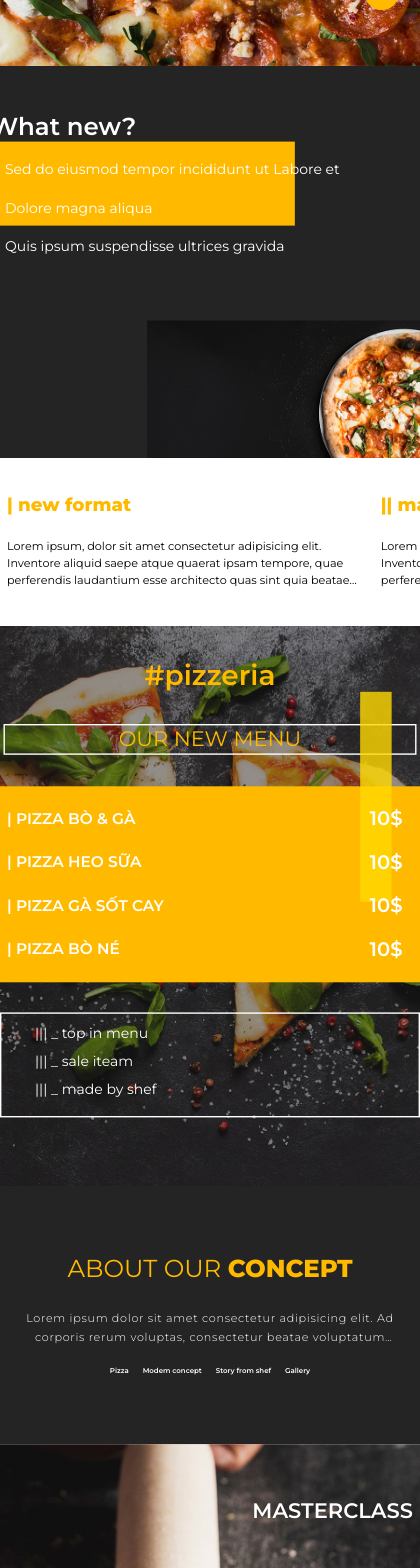
Repository: phu1204/pizzeria.github.io
Page: index.html
An editor plug-in stored every save of this project. The page is shown before and after the next save, followed by the edit.
The browser window is 600 px wide. The pictures show the part of the page from y = 706 to 2946 px (the page is 6964 px tall), at 70% of full size.
The style sheet was rebuilt from its Sass, Less or Tailwind sources for each picture, by a compiler version that may differ from the author's.

Above is the page before, as saved 2021-07-29 23:21:11.

### index.html
<!DOCTYPE html>
<html lang="en">
  <head>
    <meta charset="UTF-8" />
    <meta http-equiv="X-UA-Compatible" content="IE=edge" />
    <meta name="viewport" content="width=device-width, initial-scale=1.0" />
    <title>#pizzeria</title>
    <link rel = "icon" href =
    "images/pizza.png"
            type = "image/x-icon">
    <link rel="preconnect" href="https://fonts.googleapis.com">
    <link rel="preconnect" href="https://fonts.gstatic.com" crossorigin>
    <link href="https://fonts.googleapis.com/css2?family=Montserrat:wght@300;400;600;800&display=swap" rel="stylesheet">
    <link rel="stylesheet" href="https://cdnjs.cloudflare.com/ajax/libs/font-awesome/5.15.3/css/all.min.css">
    <link rel="stylesheet" href="reset.css">
    <link rel="stylesheet" href="style.css">

  </head>
  <body>
      <div class="wrapper">
        <div class="container">
          <header id="header" class="header">
             <a href="#" class="header-logo">#pizzeria.</a>
             <nav class="header-menu">
               <ul class="header-list">
                 <li class="header-item"><a href="#menu" class="header-link">Menu</a></li>
                 <li class="header-item"><a href="#blog" class="header-link">Blog</a></li>
                 <li class="header-item"><a href="#about" class="header-link">About us</a></li>
                 <li class="header-item"><a href="#contact" class="header-link">Contacts</a></li>

               </ul>
               <i class="fas fa-times header-times"></i>
             </nav>
             <div class="header-info">
                <button href="" class="header-icon icon-search"><i class="fas fa-search"></i></button>
                <a href="" class="header-icon"><i class="fas fa-user"></i></a>
                <a href="" class="header-icon"><i class="fas fa-shopping-cart"></i></a>
             </div>
             <div class="header-bar">
                <i class="fas fa-bars"></i>
             </div>

             <div class="header-search">
                <input type="text" class="header-input" placeholder="Search">
             </div>
          </header>

          <section class="intro">
            <div class="intro-content">
              <div class="intro-title">
                <span class="intro-name intro--grand">grand</span>
                <span class="intro-name intro--opening">opening</span>
              </div>
              <a href="" class="button intro-button">read more</a>
            </div>
          </section>
        </div>

          <section  class="format">

            <div class="format-top">
                <div class="format-content">
                    <div class="format-title">new format</div>
                    <div class="format-info">
                      <h2 class="format-new">What new?</h2>
                      <ul class="format-list">
                        <li class="format-item">| Sed do eiusmod tempor incididunt ut Labore et</li>
                        <li class="format-item">| Dolore magna aliqua</li>
                        <li class="format-item">| Quis ipsum suspendisse ultrices gravida</li>
                      </ul>
                    </div>
                </div>
                <img src="images/format.png" alt="" class="format-img">
            </div>

            <div class="format-bottom  reveal">
              <div class="format-column">
                <h3 class="format-head">| new format</h3>
                <p class="fotmat-desc text">Lorem ipsum, dolor sit amet consectetur adipisicing elit. Inventore aliquid saepe atque quaerat ipsam tempore, quae perferendis laudantium esse architecto quas sint quia beatae id alias, sed dicta reprehenderit asperiores.</p>
              </div>
              <div class="format-column">
                <h3 class="format-head">|| master classes</h3>
                <p class="fotmat-desc text">Lorem ipsum, dolor sit amet consectetur adipisicing elit. Inventore aliquid saepe atque quaerat ipsam tempore, quae perferendis laudantium esse architecto quas sint quia beatae id alias, sed dicta reprehenderit asperiores.</p>
              </div>
              <div class="format-column">
                <h3 class="format-head">||| pizza restaurant</h3>
                <p class="fotmat-desc text">Lorem ipsum, dolor sit amet consectetur adipisicing elit. Inventore aliquid saepe atque quaerat ipsam tempore, quae perferendis laudantium esse architecto quas sint quia beatae id alias, sed dicta reprehenderit asperiores.</p>
              </div>
            </div>

          </section>

          <section id="menu" class="menu">
            <div class="menu-heading">
              <h2 class="menu-title  reveal">#pizzeria</h2>
              <p class="menu-order  reveal">our new menu</p>
            </div>
            <div class="menu-list  reveal">
              <div class="menu-item">
                <div class="menu-name">
                    <h3 class="menu-name-order"> | pizza bò & gà</h3>
                    <p class="menu-desc">(bò, trứng, xúc xích, trứng cút, bò viên)</p>
                </div>
                <p class="menu-price">10$</p>
              </div>
              <div class="menu-item">
                <div class="menu-name">
                    <h3 class="menu-name-order">| pizza heo sữa</h3>
                    <p class="menu-desc">(bò, trứng, xúc xích)</p>
                </div>
                <p class="menu-price">10$</p>
              </div>
              <div class="menu-item">
                <div class="menu-name">
                    <h3 class="menu-name-order">| pizza gà sốt cay</h3>
                    <p class="menu-desc">(bò, trứng, xúc xích, trứng cút, bò viên)</p>
                </div>
                <p class="menu-price">10$</p>
              </div>
              <div class="menu-item">
               <div class="menu-name">
                    <h3 class="menu-name-order">| pizza bò né</h3>
                    <p class="menu-desc">(bò, trứng, xúc xích)</p>
                </div>
                <p class="menu-price">10$</p>
              </div>
           </div>
           <div class="menu-bottom reveal">
             <p class="menu-hightlight">||| _ top in menu</p>
             <p class="menu-hightlight">||| _ sale iteam</p>
             <p class="menu-hightlight">||| _ made by shef</p>
           </div>

          </section>

          <section id="about"  class="about">
              <div class="about-body">
                <h2 class="about-title reveal">about our <span>concept</span></h2>
                <p class="about-desc text reveal">Lorem ipsum dolor sit amet consectetur adipisicing elit. Ad corporis rerum voluptas, consectetur beatae voluptatum recusandae tempora excepturi, temporibus quo veritatis ratione atque accusantium ea delectus eos harum culpa enim!</p>
                <ul class="about-list reveal">
                  <li class="about-item"><a href="">Pizza</a></li>
                  <li class="about-item"><a href="">Modem concept</a></li>
                  <li class="about-item"><a href="">Story from shef</a></li>
                  <li class="about-item"><a href="">Gallery</a></li>
                </ul>
              </div>
          </section>

          <section id="blog" class="class">
            <div class="class-content">
              <div class="class-name">
                <h1 class="class-caption reveal">masterclass</h1>
              </div>
              <div class="class-body reveal">
                <h2 class="class-heading">| the recipe for the most delicious pizza dough |</h2>
                <p class="class-desc">waiting for you</p>
                <div class="class-price">
                  <p class="class-info">price_<span>15$</span></p>
                  <p class="class-info">12:00-15:00</p>
                </div>
              </div>
                <a href="" class="class-button reveal">apply</a>
            </div>
          </section>

          <section id="contact" class="gallery ">
            <h2 class="gallery-heading reveal">gallery</h2>
            <div class="gallery-img ">
              <img src="./images/pizzaleft.jpg" alt="" class="gallery-img-item reveal">
              <img src="./images/pizzacenter.jpg" alt="" class="gallery-img-item reveal">
              <img src="./images/pizzaright.jpg" alt="" class="gallery-img-item reveal">
            </div>

            <div class="gallery-bottom">
              <h2 class="gallery-title">#pizzeria.</h2>
              <div class="gallery-content">
                <div class="gallery-desc reveal">Lorem ipsum dolor sit amet consectetur, adipisicing. Dolores dolorum, quia consectetur iste officia eligendi! consectetur nemo, reiciendis repudiandae nesciunt dolor id numquam laborum temporibus fuga</div>

              <div class="gallery-contact">
                <div class="gallery-social reveal">
                  <p class="gallery-block">| find us here</p>
                  <div class="gallery-link">
                    <i class="fab fa-instagram"></i>

                    <i class="fab fa-facebook"></i>

                    <i class="fab fa-twitter"></i>

                    <i class="fab fa-whatsapp"></i>

                    <i class="fab fa-google"></i>
                  </div>

                </div>

                <div class="gallery-info reveal">
                  <p class="gallery-block">| ask us here</p>
                  <a href="" class="gallery-web">www.#pizzeria.com</a>

                </div>
              </div>
            </div>
          </div>
          </section>

          <a href="#" class="ontop" >
            <i class="fas fa-arrow-up"></i>
          </a>

          <footer id="footer" class="footer ">
            <div class="footer-about footer-repon reveal">
              <h3 class="footer-title">about</h3>
              <p class="footer-desc text">
                Lorem ipsum dolor, sit amet consectetur adipisicing elit. Amet magnam laudantium fuga sed aliquid doloremque quos repellendus quis. Est non laboriosam incidunt recusandae, sed natus dignissimos eaque pariatur culpa esse.
              </p>

            </div>

              <div class="footer-item footer-repon reveal">
                <h3 class="footer-title">menu</h3>

                <ul>
                  <li class="footer-link"><a href="" class="footer-item-link">Team</a></li>
                  <li class="footer-link"><a href="" class="footer-item-link">Join us</a></li>
                  <li class="footer-link"><a href="" class="footer-item-link">Ethic</a></li>
                  <li class="footer-link"><a href="" class="footer-item-link">Goals</a></li>
                </ul>
              </div>

              <div class="footer-item footer-repon reveal">
                <h3 class="footer-title">shef</h3>
                <ul>
                  <li class="footer-link"><a href="" class="footer-item-link">Team</a></li>
                  <li class="footer-link"><a href="" class="footer-item-link">Join us</a></li>
                  <li class="footer-link"><a href="" class="footer-item-link">Ethic</a></li>
                  <li class="footer-link"><a href="" class="footer-item-link">Goals</a></li>
                </ul>
              </div>

              <div class="footer-item footer-repon reveal">
                <h3 class="footer-title">contact</h3>
                <ul>
                  <li class="footer-link"><a href="" class="footer-item-link">Team</a></li>
                  <li class="footer-link"><a href="" class="footer-item-link">Join us</a></li>
                  <li class="footer-link"><a href="" class="footer-item-link">Ethic</a></li>
                  <li class="footer-link"><a href="" class="footer-item-link">Goals</a></li>
                </ul>
              </div>
        </footer>

      </div>
    <script type="text/javascript" src="https://cdnjs.cloudflare.com/ajax/libs/jquery/3.6.0/jquery.min.js"></script>
    <script src="js/main.js"></script>
    <script src="js/search.js"></script>

  </body>
</html>

### reset.css
html,
body,
div,
span,
applet,
object,
iframe,
h1,
h2,
h3,
h4,
h5,
h6,
p,
blockquote,
pre,
a,
abbr,
acronym,
address,
big,
cite,
code,
del,
dfn,
em,
img,
ins,
kbd,
q,
s,
samp,
small,
strike,
strong,
sub,
sup,
tt,
var,
b,
u,
i,
center,
dl,
dt,
dd,
ol,
ul,
li,
fieldset,
form,
label,
legend,
table,
caption,
tbody,
tfoot,
thead,
tr,
th,
td,
article,
aside,
canvas,
details,
embed,
figure,
figcaption,
footer,
header,
hgroup,
menu,
nav,
output,
ruby,
section,
summary,
time,
mark,
audio,
video {
  margin: 0;
  padding: 0;
  border: 0;
  font-size: 100%;
  font: inherit;
  vertical-align: baseline;
}
/* HTML5 display-role reset for older browsers */
article,
aside,
details,
figcaption,
figure,
footer,
header,
hgroup,
menu,
nav,
section {
  display: block;
}
body {
  line-height: 1;
}
ol,
ul {
  list-style: none;
}
blockquote,
q {
  quotes: none;
}
blockquote:before,
blockquote:after,
q:before,
q:after {
  content: "";
  content: none;
}
table {
  border-collapse: collapse;
  border-spacing: 0;
}
*,
*:before,
*:after {
  box-sizing: border-box;
}
/* using rem unit */
html {
  font-size: 62.5%;
}
a {
  text-decoration: none;
  color: white;
}
img {
  display: block;
  max-width: 100%;
}
body {
  font-family: "Montserrat", sans-serif;
  font-size: 16px;
  line-height: 1;
}
input,
button,
textarea,
select {
  outline: none;
  font-family: "Montserrat", sans-serif;
  font-size: 16px;
  line-height: 1;
}
input {
  line-height: normal;
}
button {
  cursor: pointer;
  border: none;
  outline: none;
  background-color: transparent;
}

### style.scss
@import"scss/global";
@import"scss/header";
@import"scss/variables";
@import"scss/intro";
@import"scss/format";
@import"scss/menu";
@import"scss/about";
@import"scss/class";
@import"scss/gallery";
@import"scss/footer";
@import"scss/animation";

### scss/_global.scss
.container{
  background: url(./images/hero-img.jpg) no-repeat center/cover;
  width: 100%;
  margin: 0 auto;
  height: 100vh;
  position: relative;
}

html{
  scroll-behavior: smooth;
  -webkit-overflow-scrolling: touch;
}

.wrapper{
  max-width: 100%;
  position: relative;

}

.button{
  padding: 20px 40px;
  border: 4px solid #fff;
  font-size: 30px;
  text-transform: uppercase;
  color: white;
  font-weight: 600;
}

.text{
  font-weight: 300;
  font-size: 16px;
  margin-top: 35px;
  line-height: 1.5;
  color: black;
  font-weight: 400;
  display:-webkit-box;
  -webkit-line-clamp:3;
  -webkit-box-orient: vertical;
  overflow: hidden;
  text-overflow: ellipsis;
  word-break: break-word;
}

@media screen and (max-width: 1279px) {
  .container {

      background-position: top;
      height: 960px;
  }
}

@media screen and (max-width: 1023px) {
  .container {
    background-position: top;
    height: 960px;
}
}

@media screen and (max-width: 767px) {
  .container {
    background-size: auto 800px;
    background-position: center;
    height: 800px;
    background-color: #242424;
}
}


.reveal{
  opacity: 0;
  transform: translateY(100%);
  transition: all 0.4s linear;
}

.reveal.active{
  opacity: 1;
  transform: translateY(0);
  transition: all 0.3s linear;
  // .gallery-title::before{
  //     display: none;
  // }
}

.ontop{
  position: fixed;
  right: 60px;
  z-index: 99;
  bottom: 80px;
  width: fit-content;
  background-color: #ffba00;
  border-radius: 100rem;
  cursor: pointer;
  i{
     padding: 18px;
     font-size: 15px;
     color: white;
  }
  display: none;
  animation: bottotop 0.4s linear;
}

@media screen and (max-width: 1023px) {
  .ontop{
    right: 30px;
  }
}

### scss/_variables.scss
$black-gray: #242424;

### scss/_intro.scss
.intro{
    background-color: #ffba00;
    height: 200px;
    position: absolute;
    top: 50%;
    left: 50%;
    transform: translate(-50%,-50%);
    width: 100%;
    display: flex;
    align-items: center;
    padding: 0 10px;
    &-content{
        width: 1200px;
        margin: 0 auto;
        display: flex;
        justify-content: space-between;
        align-items: center;
        padding-top: 75px;
    }
    &--grand{
        animation: lefttoright 0.5s linear;
    }
    &--opening{
        animation: righttoleft 0.5s linear;
    }
    &-name{
        display: block;
        text-transform: uppercase;
        font-size: 130px;
        color: white;
        letter-spacing: 10px;
    }
    &-name:first-child{
        font-weight: 800;
    }
    &-name:last-child{
        font-weight: 200;
    }

    &-button{
        margin-top: 130px;
        background-color: #ffba00;
        animation: bottotop 0.5s linear;
    }

    @media screen and (max-width: 1279px) {
        height: 150px;
        &-content{
            flex-direction: column;
            transform: translateY(130px)
        }
        &-name {
            font-size: 90px;
            width: fit-content;
        }

        &-title {
            width: 100%;
        }

        &-name:last-child{
            margin-left: auto;
        }

        &-button{
            margin-top: 200px;

        }
    }

    @media screen and (max-width: 1023px) {
        height: 120px;
       &-name{
           font-size: 60px;
       }

       &-button{
           margin-top: 170px;
           padding: 15px 30px;
           font-size: 23px;
       }

       &-content{
            transform: translateY(105px)
       }
    }

    @media screen and (max-width: 767px) {
        height: 100px;
       &-name{
           font-size: 50px;
           letter-spacing: 3px;
       }

       &-content{
        transform: translateY(100px)
       }

       &-button{
           padding: 15px 30px;
           font-size: 23px;
           margin-top: 170px;
       }
    }


}

### scss/_menu.scss
.menu{
  background: url(./images/menu.jpg) no-repeat center/cover;
  width: 100%;
  height: 100vh;
  position: relative;
  display: flex;
  flex-direction: column;
  align-items: center;
  padding: 50px 0;
  color: white;
  &-heading{
      width: 100%;
      text-align: center;
  }
  &-title{
      font-size: 40px;
      color: #ffba00;
      margin-bottom: 45px;
      font-weight: 600;
  }

  &-order{
    font-size: 40px;
    color: #ffba00;
    width: 80%;
    text-align: center;
    padding: 15px 350px 70px 0;
    margin-left: auto;
    border: 2px solid white;
    text-transform: uppercase;
    margin-bottom: 12px;
  }

  &-list {
      width: 1200px;
      margin-left: auto;
      padding: 60px 50px 0 40px;
      margin-bottom: 50px;
      position: relative;
      z-index: 2;
      max-width: 100%;
  }

  &-list::before{
    content: "";
    position: absolute;
    width: 100%;
    height: 320px;
    background-color: #ffba00;
    z-index: -2;
    // transform: translate(-50%,-50%);
    top: 45px;
    left: 0;
    }

    &-list::after{
        content: "";
        position: absolute;
        width: 45px;
        height: 350px;
        background-color: rgba(255, 217, 0, 0.801);

        top: calc(50% + 37px);
        right:  31%;
        transform: translate(-50%,-50%);
        z-index: -1;
    }

  &-item{
      display: flex;
      align-items: center;
      justify-content: space-between;
      line-height: 1.5;
      width: 750px;
      max-width: 100%;
  }

  &-desc{
      font-size: 23px;
      letter-spacing: 2px;
  }

  &-name-order{
      text-transform: uppercase;
      font-size: 27px;
      font-weight: 600;
  }

  &-item{
        margin-top: 25px;
  }

  &-price{
      font-size: 28px;
      font-weight: 600;
  }

  &-bottom{
    width: 1100px;
    margin-left: auto;
    padding-top: 20px;

    margin-bottom: 70px;
    position: relative;
    right: 50px;
  }

  &-bottom::before{
    content: "";
    position: absolute;
    background-color: transparent;
    width: 1000px;
    height: 150px;
    border: 2px solid white;
    transform: translate(-32%,-20%);
  }

  &-hightlight{
      font-size: 20px;
  }

  &-hightlight:not(:first-child){
    margin-top: 20px;
}

  @media screen and (max-width: 1279px) {
    height: 80vh;
    &-bottom{
      padding-left: 50px;
      margin-right: auto;
      right: 0;
    }

    &-title{
      margin-bottom: 50px;
    }
    &-order{
      margin-bottom: 40px;
    }

    &-list{
      margin-bottom: 120px;
    }

    &-list::after{
      right: 18%;
    }
  }

  @media screen and (max-width: 1023px) {
      height: 85vh;
      &-title{
        margin-bottom: 50px;
      }
      &-order{
        margin-bottom: 0;
        padding: 15px 195px 50px 0;
        font-size: 35px;
      }

      &-name-order{
        font-size: 22px;
      }
      &-list{
        margin-bottom: 70px;
        padding-top: 65px;
      }
      &-list::before{
        height: 280px;
      }
      &-item{
        width: 650px;
        margin-top: 20px;
      }
      &-desc{
        font-size: 18px;
      }
      &-bottom::before{
        width: 750px;
      }
      &-list::after{
        right: 3%;
        height: 300px;
      }

  }

  @media screen and (max-width: 767px) {
    height: 100vh;
    &-heading{
      padding: 0 5px;
    }
    &-order{
      padding: 5px 5px;
      width: 100%;
      font-size: 30px;
    }
    &-desc{
      display: none;
    }
    &-list{
        padding: 50px 25px 0 10px;
        max-width: 100%;
    }
    &-list::after{
      height: 310px;
      top: 10%;
      right: 3%;
    }
    &-bottom{
      max-width: 100%;
    }
    &-bottom::before{
      max-width: 100%;
      transform: none;
      left: 0;
      top: 0;
    }
    &-list::after{
      top: 20%;
      right: 3%;
      height: 300px;
    }
  }




}

### scss/_about.scss
.about{
    padding: 120px 20px;
    display: flex;
    flex-direction: column;
    justify-content: center;
    align-items: center;
    text-align: center;
    background-color: #242424;
    max-width: 100%;
    &-body{
        width: 700px;
    }
    &-title{
        margin-bottom: 40px;
        font-size: 35px;
        text-transform: uppercase;
        color: #ffba00;
        span{
            font-weight: 800;

        }
    }

    &-desc{
        margin-bottom: 30px;
        font-weight: 200;
        line-height: 1.7;
        display:-webkit-box;
        -webkit-line-clamp:2;
        -webkit-box-orient: vertical;
        overflow: hidden;
        text-overflow: ellipsis;
        word-break: break-word;
        color: white;
        letter-spacing: 1px;
    }

    &-list{
        display: flex;
        align-items: center;
        justify-content: center;
    }

    &-item{
        margin: 0 10px;
        font-size: 14px;
        font-weight: 600;
    }
    @media screen and (max-width: 767px) {
        padding: 100px 20px;
        &-body{
            max-width: 100%;
        }
        &-item{
            font-size: 10px;
        }

    }

}

### scss/_class.scss
.class{
    background: url(./images/class.jpg) no-repeat center/cover;
    width: 100%;
    margin: 0 auto;
    height: 100vh;
    position: relative;
    padding: 80px 130px 140px 0;
    color: white;
    &-content{
        display:flex;
        flex-direction:column;
        width: 530px;
        margin-left: auto;
    }
    &-name{
        margin-bottom: 80px;
    }
    &-caption{
        text-transform: uppercase;
        font-weight: 600;
        font-size: 30px;
        text-align: right;
    }
    &-body{
        padding: 100px 60px 65px;
        background-color: #ffba00;
    }
    &-heading{
        font-size: 40px;
        font-weight: 600;
        line-height: 1;
        text-transform: uppercase;
        margin-bottom: 40px;
    }

    &-desc{
        font-size: 30px;
        font-weight: 600;
        margin-bottom: 85px;
    }

    &-price{
        width: fit-content;
        text-transform: uppercase;
        font-size: 30px;
        margin-left: auto;
        letter-spacing: 2px;
        span{
            font-weight: 600;
        }
    }
    &-info:first-child{
        margin-bottom: 15px;
    }

    &-body{
        margin-bottom: 40px;
    }

    &-button{
        padding: 50px 30px 20px;
        background-color: #ffba00;
        width: 85%;
        margin-left: auto;
        font-size: 32px;
        text-transform: uppercase;
        font-weight: 600;
    }

    @media screen and (max-width: 1279px) {
        height: 75vh;
    }

    @media screen and (max-width: 767px) {
        padding-right: 0;
        height: 100vh;
        &-content{
            width: 100%;
        }
        &-name{
            padding-right: 10px;
        }
        &-heading{
            font-size: 28px;
        }
        &-body{
            padding: 50px 35px;
        }
        &-button{
            width: 60%;
            padding-top: 30px;
            font-size: 25px;
        }
        &-desc{
            font-size: 25px;
        }
        &-price{
            font-size: 25px;
        }
    }

}

### scss/_footer.scss
.footer {
  padding: 70px 100px;
  color: white;
  display: flex;
  align-items: center;
  justify-content: center;
  background-color: #483500;
  max-width: 100%;
  flex-wrap: wrap;

  &-about{
      width: 280px;
      margin-right: 180px;
  }

  &-item:not(:last-child){
      margin-right: 150px;
  }
  &-item{
      line-height: 1.5;
  }

  &-desc{
      color: white;
      line-height: 1.5;
  }

  &-title{
      margin-bottom: 35px;
      font-size: 17px;
      font-weight: 600;
      text-transform: uppercase;
  }
  @media screen and (max-width: 767px) {
      padding: 0 0 0 10px;
    //   gap: 10px;
    &-title {
        margin-bottom: 10px;
    }
    &-repon{
        flex: 1 1 50%;
        width: 100%;
        padding: 10px;
    }
    &-about{
        margin-right: 0;
    }
    &-item:not(:last-child){
        margin-right: 0;
    }
  }

}

### scss/_animation.scss
@keyframes lefttoright{
    from{
        opacity: 0;
        transform: translateX(-100%);
    }
    to{
        opacity: 1;
        transform: translateX(0);
     }
}

@keyframes righttoleft{
    from{
        opacity: 0;
        transform: translateX(100%);
    }
    to{
        opacity: 1;
        transform: translateX(0);
     }
}

@keyframes bottotop{
    from{
        opacity: 0;
        transform: translateY(100%);
    }
    to{
        opacity: 1;
        transform: translateX(0);
     }
}

@keyframes toptobot{
    from{
        opacity: 0;
        transform: translateY(-200%);
    }
    to{
        opacity: 1;
        transform: translateX(0);
     }
}

@keyframes fadeOut{
    from{
        opacity: 0;
        transform: scale(1);
    }
    to{
        opacity: 1;
        transform: scale(0);
     }
}

Loaded but not shown: js/main.js (59 lines, source omitted); js/search.js (6 lines, source omitted); scss/_header.scss (236 lines, source omitted); scss/_format.scss (210 lines, source omitted); scss/_gallery.scss (165 lines, source omitted)

After the next save:
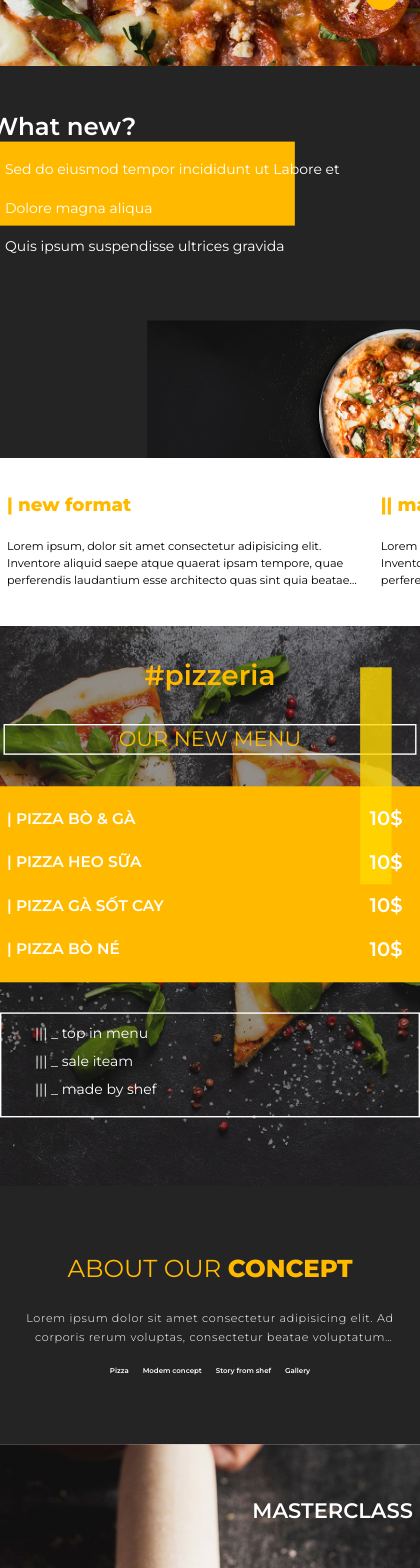
Saved 8 s later.
--- a/scss/_menu.scss
+++ b/scss/_menu.scss
@@ -216,11 +216,7 @@
       left: 0;
       top: 0;
     }
-    &-list::after{
-      top: 20%;
-      right: 3%;
-      height: 300px;
-    }
+
   }
 
 
